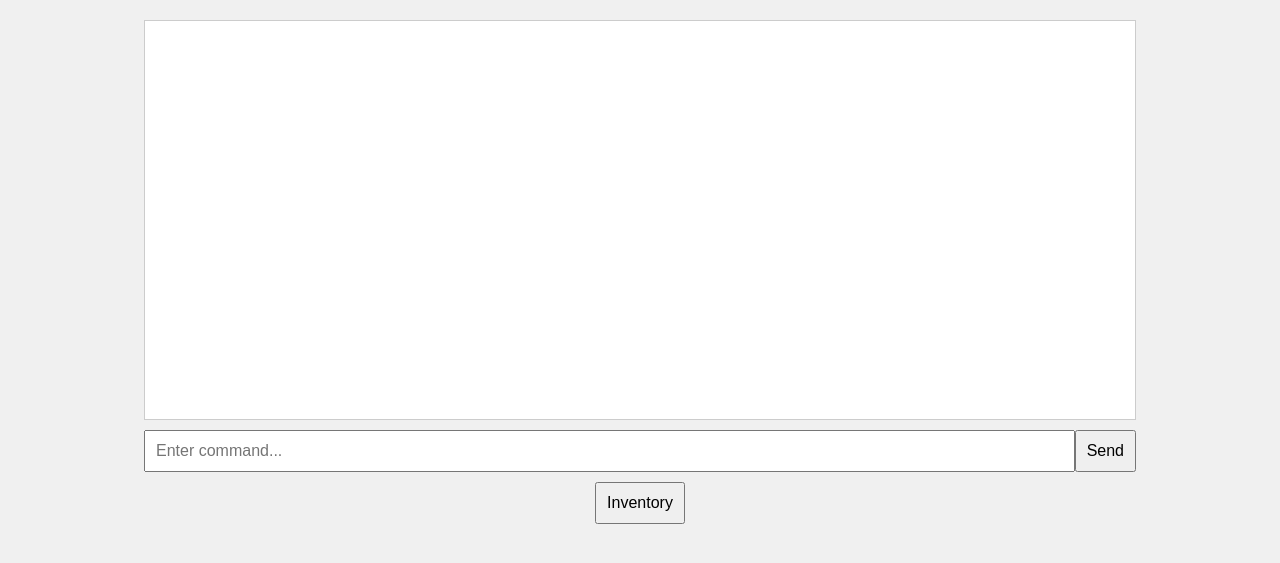
Repository: paragonmac/SUD
Page: index.html
An editor plug-in stored every save of this project. The page is shown before and after a run of saves, followed by the edit.
The browser window is 1280 px wide. The pictures show the whole page.

Above is the page before, as saved 2024-06-29 21:34:15.
Console error: ReferenceError: events is not defined

After the next 2 saves:
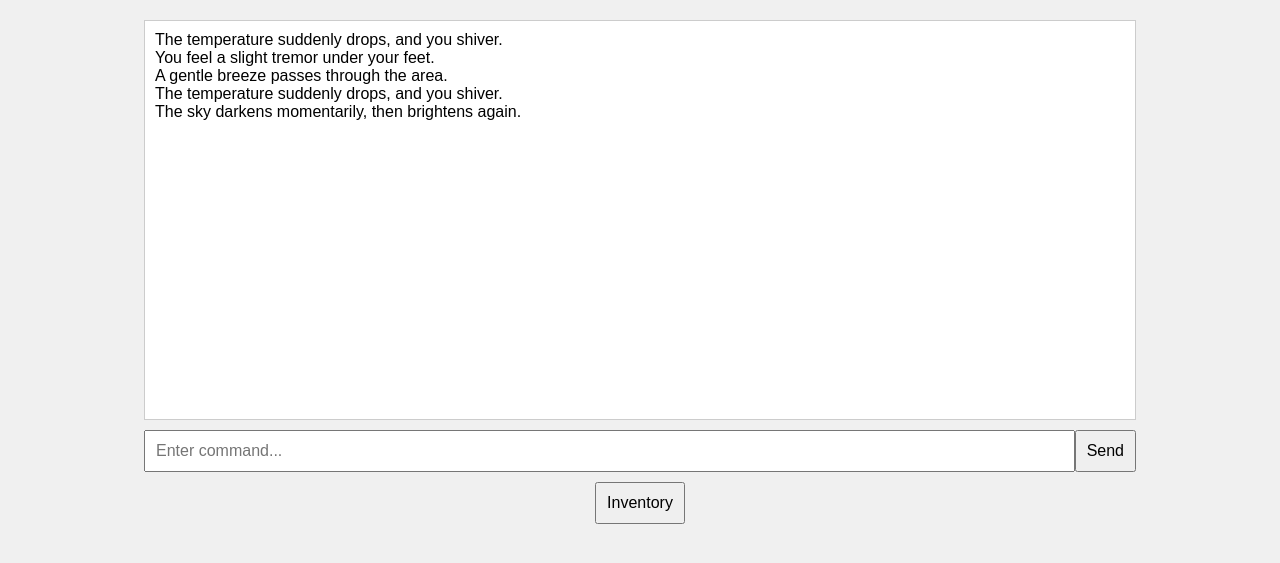
Console error: TypeError: event.action is not a function
The 2 saves are shown as one change because they came seconds apart.
The last was saved 10 s later.
--- a/script.js
+++ b/script.js
@@ -6,7 +6,18 @@
 
     // Define possible events
 
-
+    const events = [
+        { message: 'A gentle breeze passes through the area.' },
+        { message: 'You hear distant, eerie sounds.' },
+        { message: 'A strange, unpleasant smell wafts through the air.' },
+        { message: 'The temperature suddenly drops, and you shiver.' },
+        { message: 'You notice movement in the shadows.' },
+        { message: 'A bird sings a melancholic tune nearby.' },
+        { message: 'Leaves rustle as a small animal scurries by.' },
+        { message: 'The sky darkens momentarily, then brightens again.' },
+        { message: 'A distant roar echoes through the landscape.' },
+        { message: 'You feel a slight tremor under your feet.' }
+    ];
 
     function logToWorld(message) {
         const messageElement = document.createElement('div');

After the 5 saves that followed:
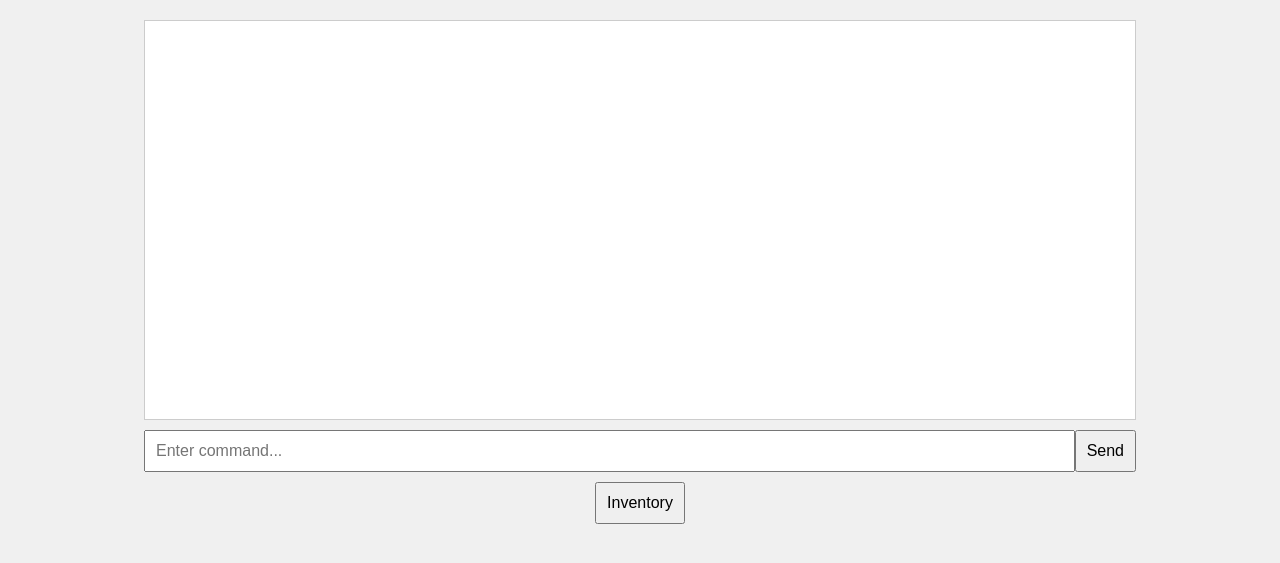
Console error: SyntaxError: Unexpected identifier 'spawnEvent'
The 5 saves are shown as one change because 4 left the picture as it was.
The last was saved 114 s later.
--- a/script.js
+++ b/script.js
@@ -28,24 +28,7 @@
 
     function handleCommand(command) {
         logToWorld(`You entered: ${command}`);
-        // Add game logic here
-    }
-
-    // Event actions
-    function spawnEnemy() {
-        logToWorld('Prepare for battle!');
-    }
-
-    function findTreasure() {
-        logToWorld('You open the chest and find gold coins!');
-    }
-
-    function triggerTrap() {
-        logToWorld('Ouch! You stepped on a trap and took damage.');
-    }
-
-    function encounterNPC() {
-        logToWorld('The NPC gives you a quest.');
+        // Add command logic here
     }
 
     // Spawn event function
@@ -75,6 +58,7 @@
 
     // Game loop - 1 second tick
     setInterval(() => {
+        if
         spawnEvent();
     }, 1000);
 });
